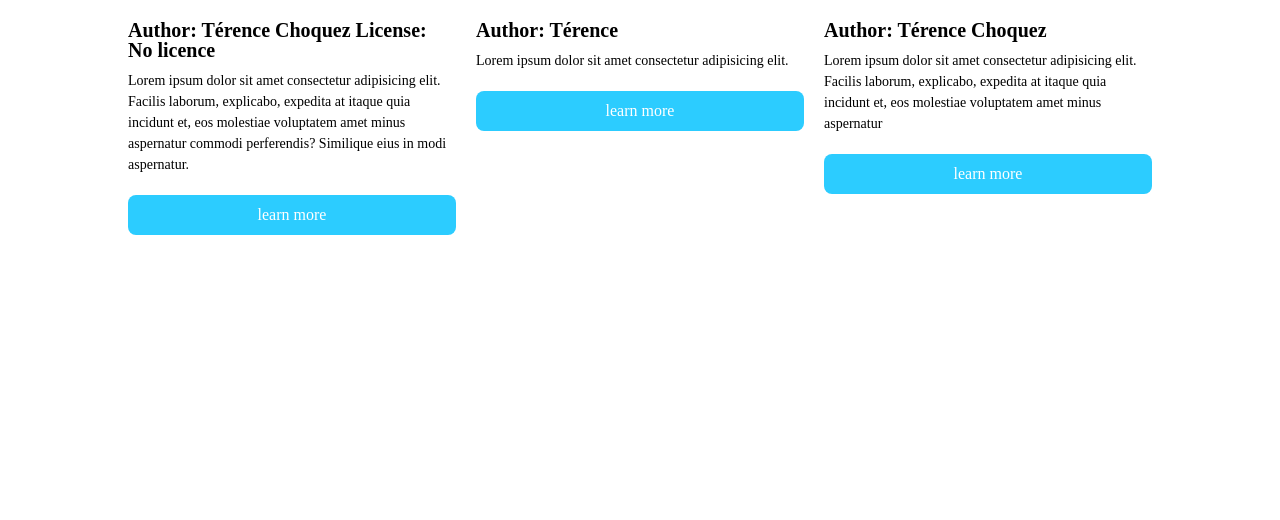
Repository: dinhhaidh/subgrid
Page: index.html
The author's editor kept a copy of each file at every save. The page is drawn from the files as they stood at one save, then again after the next save.
The browser window is 1280 px wide. The pictures show the part of the page from y = 220 to 740 px (the page is 740 px tall).

Above is the page before, as saved 2024-01-08 15:28:47.

After the next save:
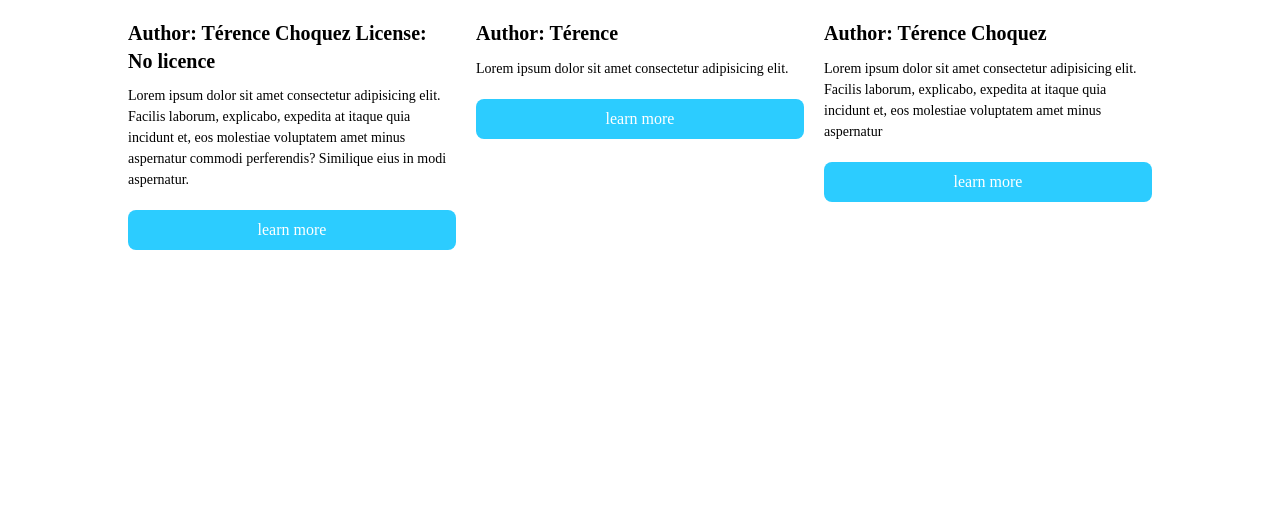
Saved 6 s later.
--- a/style.css
+++ b/style.css
@@ -54,7 +54,7 @@ body {
     font-weight: 600;
     margin-bottom: 10px;
     margin-top: 10px;
-    lh1.3
+    line-height: 1.375;
 }
 .card-desc{
     font-size: 14px;
